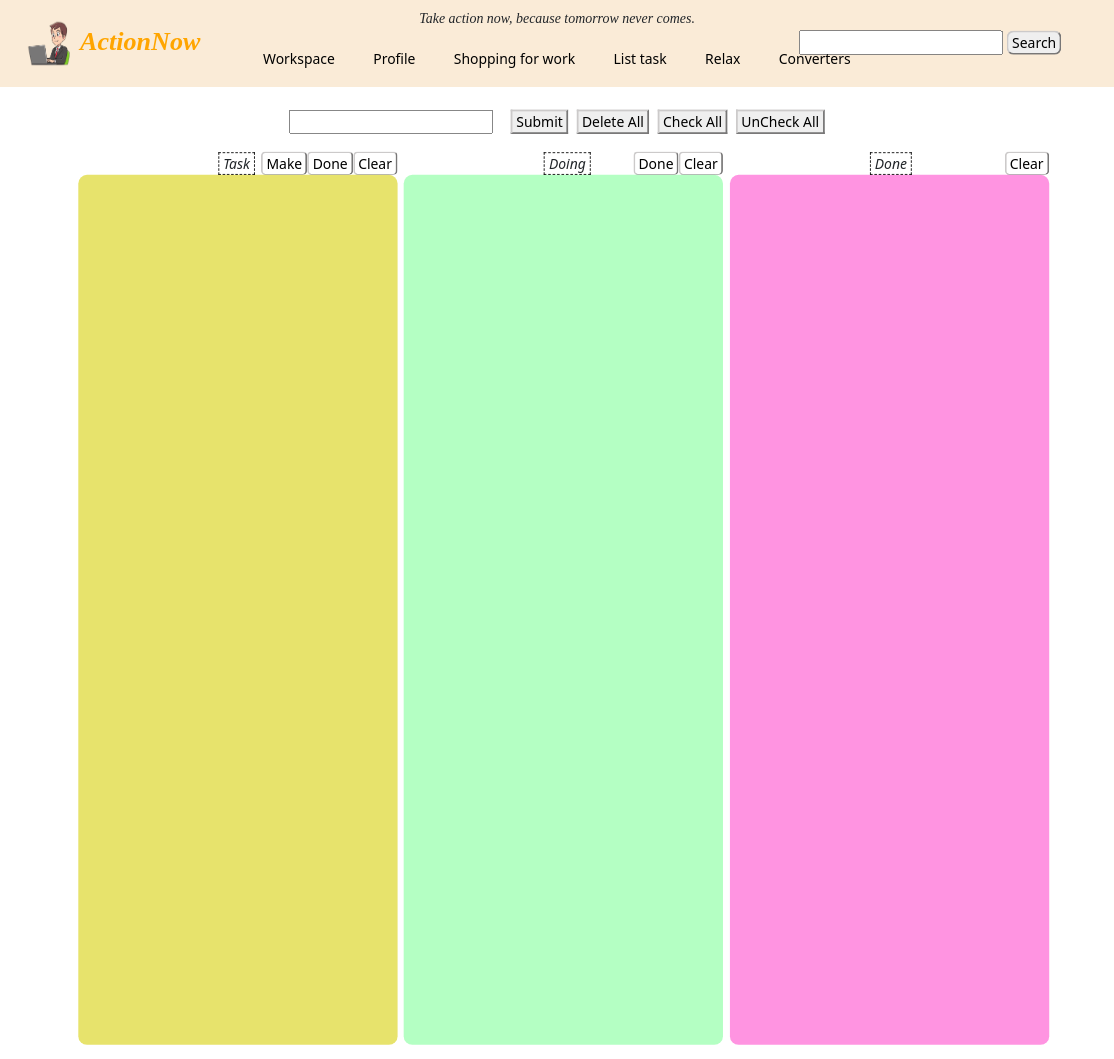
Repository: huavantinh/todo
Page: index.html
An editor plug-in stored every save of this project. The page is shown before and after the next save, followed by the edit.
The browser window is 1280 px wide. The pictures show the whole page, at 87% of full size.

Above is the page before, as saved 2023-04-18 11:08:28.

After the next save:
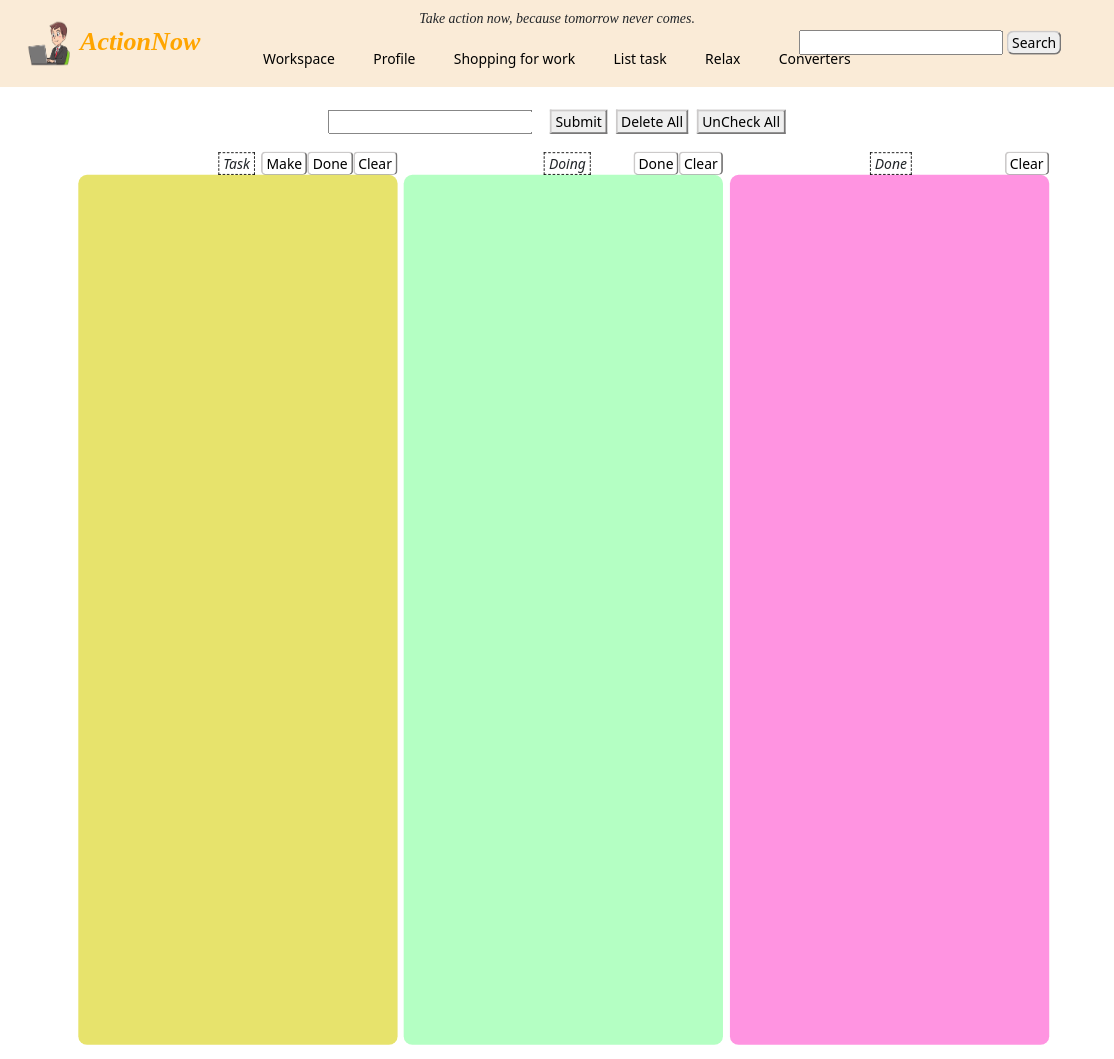
Saved 4 min 49 s later.
--- a/index.html
+++ b/index.html
@@ -56,7 +56,7 @@
 
           <button class="submit-bt" id="button-submit" onclick="submit()">Submit</button>
           <button  class="deleteall" id="delete" onclick="deleteAll()">Delete All</button>
-          <button class="checkall" id="checkall" onclick="checkAll(this)">Check All</button>
+          <!-- <button class="checkall" id="checkall" onclick="checkAll(this)">Check All</button> -->
           <button class="uncheckall" id="uncheckall" onclick="unCheckAll(this)">
             UnCheck All
           </button>
